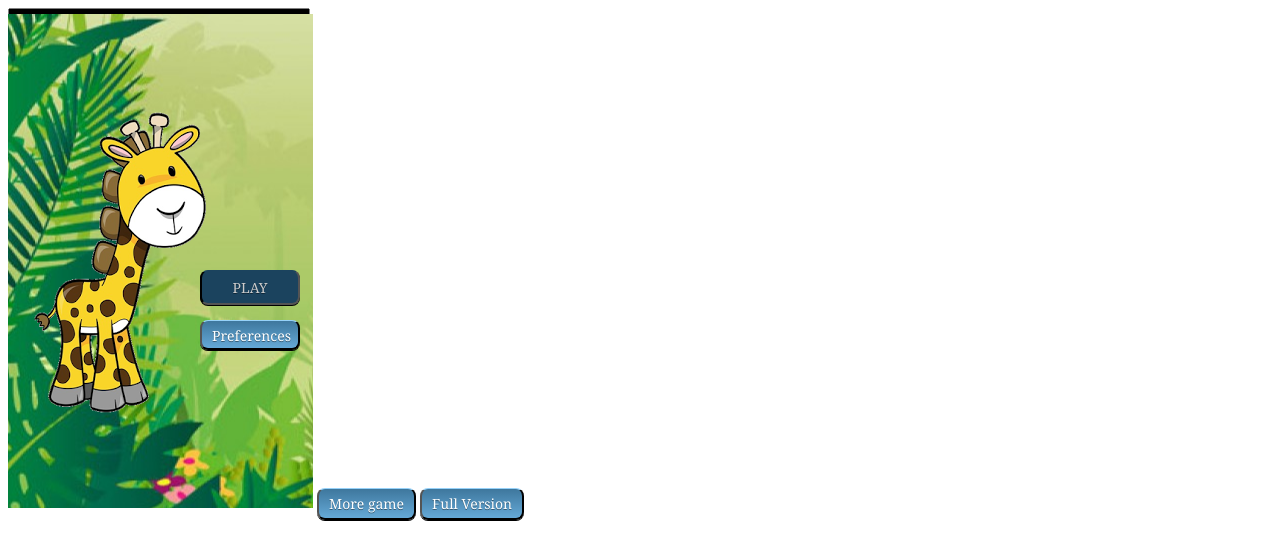
Repository: RathipriyaChandrasekaran/dotlite
Page: ConnectDots/homepage.html
The author's editor kept a copy of each file at every save. The page is drawn from the files as they stood at one save, then again after the next save.
The browser window is 1280 px wide. The pictures show the whole page.
The first visible `.button` is being pressed.

Above is the page before, as saved 2014-12-13 23:37:06.

After the next save:
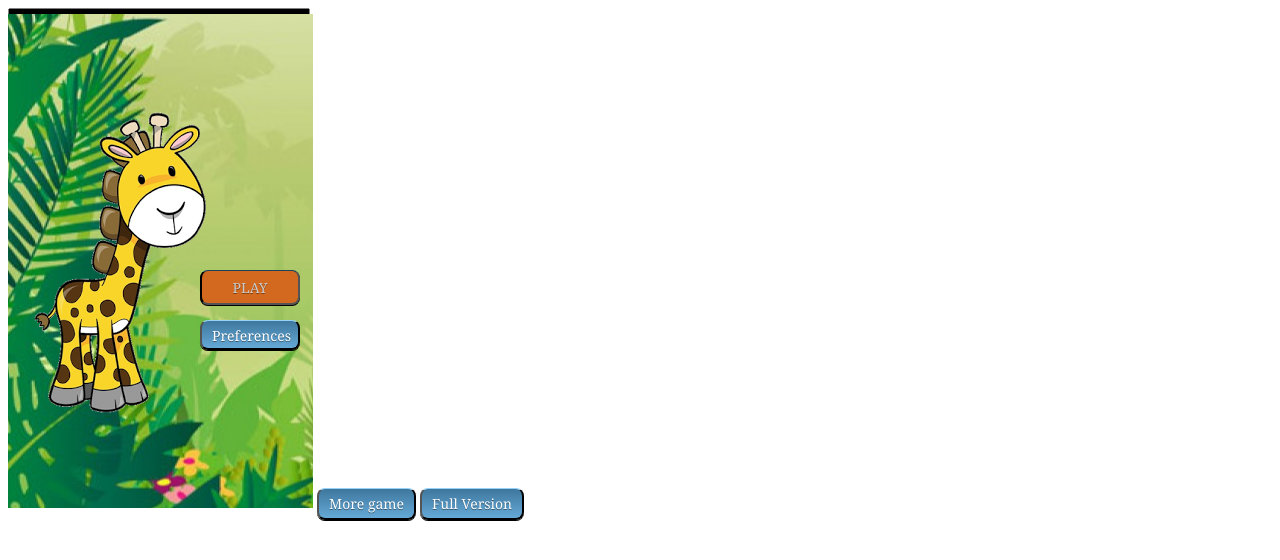
Saved 57 s later.
--- a/ConnectDots/css/appstyle.css
+++ b/ConnectDots/css/appstyle.css
@@ -48,7 +48,7 @@
    }
 .button:active {
    border-top-color: #1b435e;
-   background: #1b435e;
+   background: #D2691E;
    }
    .smallbutton {
    border-top: 1px solid #96d1f8;
